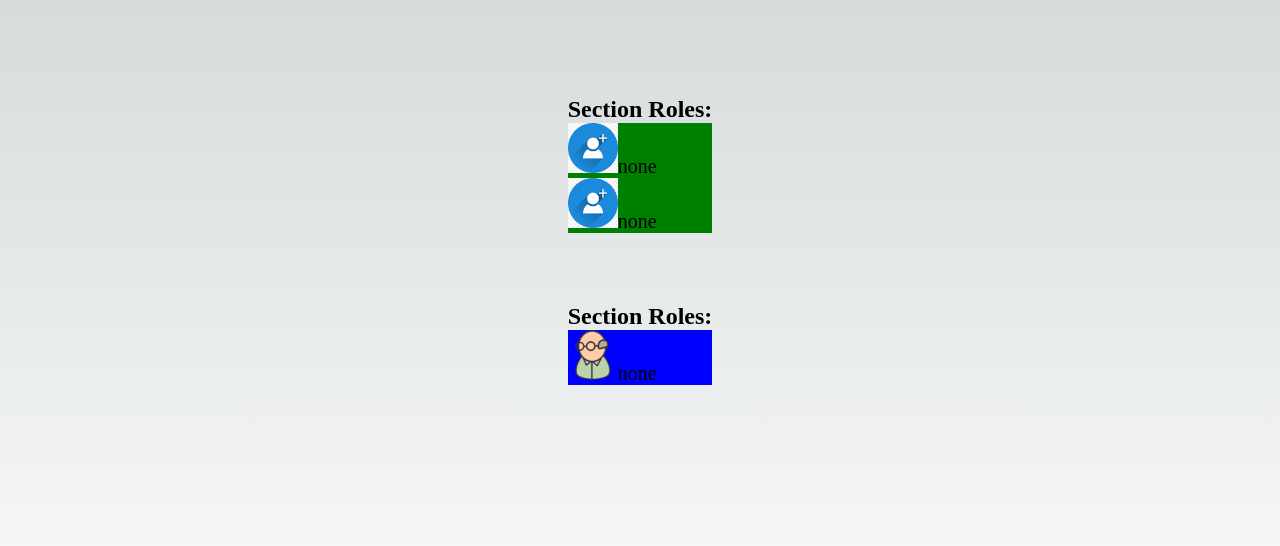
Repository: anikagrewal/week3example
Page: /about
These files come from the project's save history. The page is drawn as it stood at one moment and after the next save; the edit follows.
The browser window is 1280 px wide. The pictures show the whole page.
The project was rebuilt for these pictures with package versions that can differ from the ones it lists, and the page was loaded fresh each time. The framework's server and built-in components were replaced by stand-ins that run in the browser. Also part of the build but not shown: next.config.js.

Above is the page before, as saved 2023-01-19 13:19:43.

### pages/about.js
import Head from 'next/head'
import Image from 'next/image'
import { Inter } from '@next/font/google'
import styles from '@/styles/Home.module.css'
import data from '../data/workplace.json'
import { useState } from 'react'
import CardEmployee from '../components/Card'

const inter = Inter({ subsets: ['latin'] })

console.log(data);
export default function About() {

    const [information, setInformation] = useState([...data])

    return (
        <>
        <Head>
        <title>About Page</title>
        <meta name="description" content="Generated by create next app" />
        <meta name="viewport" content="width=device-width, initial-scale=1" />
        <link rel="icon" href="/favicon.ico" />
      </Head>
      <main className={styles.main}>
        <div className={styles.grid}>
        <div className={styles.gridlayout}>
        <div>
        <h2 className={styles.busdeg}>Section Roles: </h2>
        {information && information.map((info, index) => {
          if(info.section === "frontend developer") {
            return (
              <div key={index}>
                <CardEmployee role={info.role} colour="green" font="20px"/>
              </div>
            )
          }


        })}
        </div>

        <div>
        <h2 className={styles.busdeg}>Section Roles: </h2>
        {information && information.map((info, index) => {
          if(info.section === "graphic designer") {
            return (
              <div key={index}>
                <CardEmployee role={info.role} colour="blue" font="20px"/>
              </div>
            )
          }


})}
</div>

</div>
</div>
</main>
</>
    )
}

### styles/Home.module.css
.main {
  display: flex;
  flex-direction: column;
  justify-content: space-between;
  align-items: center;
  padding: 6rem;
  min-height: 100vh;
}

.description {
  display: inherit;
  justify-content: inherit;
  align-items: inherit;
  font-size: 0.85rem;
  max-width: var(--max-width);
  width: 100%;
  z-index: 2;
  font-family: var(--font-mono);
}

.description a {
  display: flex;
  justify-content: center;
  align-items: center;
  gap: 0.5rem;
}

.description p {
  position: relative;
  margin: 0;
  padding: 1rem;
  background-color: rgba(var(--callout-rgb), 0.5);
  border: 1px solid rgba(var(--callout-border-rgb), 0.3);
  border-radius: var(--border-radius);
}

.code {
  font-weight: 700;
  font-family: var(--font-mono);
}

.grid {
  display: grid;
  grid-template-columns: (4, minmax(25%, auto));
  width: var(--max-width);
  max-width: 100%;
  justify-content: center;
}

.gridlayout {
  display: flex;
  flex-direction: column;
 gap: 70px;
}

.card {
  padding: 1rem 1.2rem;
  border-radius: var(--border-radius);
  background: rgba(var(--card-rgb), 0);
  border: 1px solid rgba(var(--card-border-rgb), 0);
  transition: background 200ms, border 200ms;
}

.card span {
  display: inline-block;
  transition: transform 200ms;
}

.card h2 {
  font-weight: 600;
  margin-bottom: 0.7rem;
}

.card p {
  margin: 0;
  opacity: 0.6;
  font-size: 0.9rem;
  line-height: 1.5;
  max-width: 30ch;
}

.center {
  display: flex;
  justify-content: center;
  align-items: center;
  position: relative;
  padding: 4rem 0;
}

.center::before {
  background: var(--secondary-glow);
  border-radius: 50%;
  width: 480px;
  height: 360px;
  margin-left: -400px;
}

.center::after {
  background: var(--primary-glow);
  width: 240px;
  height: 180px;
  z-index: -1;
}

.center::before,
.center::after {
  content: '';
  left: 50%;
  position: absolute;
  filter: blur(45px);
  transform: translateZ(0);
}

.logo,
.thirteen {
  position: relative;
}

.thirteen {
  display: flex;
  justify-content: center;
  align-items: center;
  width: 75px;
  height: 75px;
  padding: 25px 10px;
  margin-left: 16px;
  transform: translateZ(0);
  border-radius: var(--border-radius);
  overflow: hidden;
  box-shadow: 0px 2px 8px -1px #0000001a;
}

.thirteen::before,
.thirteen::after {
  content: '';
  position: absolute;
  z-index: -1;
}

.busdeg {
  display: flex;
  justify-content: center;
}

.compdeg {
  display: flex;
  justify-content: center;
}

.button {
  width: 150px;
  height: 50px;
  border-radius: 5px;
  font-size: 20px;
}


/* Conic Gradient Animation */
.thirteen::before {
  animation: 6s rotate linear infinite;
  width: 200%;
  height: 200%;
  background: var(--tile-border);
}

/* Inner Square */
.thirteen::after {
  inset: 0;
  padding: 1px;
  border-radius: var(--border-radius);
  background: linear-gradient(
    to bottom right,
    rgba(var(--tile-start-rgb), 1),
    rgba(var(--tile-end-rgb), 1)
  );
  background-clip: content-box;
}

/* Enable hover only on non-touch devices */
@media (hover: hover) and (pointer: fine) {
  .card:hover {
    background: rgba(var(--card-rgb), 0.1);
    border: 1px solid rgba(var(--card-border-rgb), 0.15);
  }

  .card:hover span {
    transform: translateX(4px);
  }
}

@media (prefers-reduced-motion) {
  .thirteen::before {
    animation: none;
  }

  .card:hover span {
    transform: none;
  }
}

/* Mobile */
@media (max-width: 700px) {
  .content {
    padding: 4rem;
  }

  .grid {
    grid-template-columns: 1fr;
    margin-bottom: 120px;
    max-width: 320px;
    text-align: center;
  }

  .card {
    padding: 1rem 2.5rem;
  }

  .card h2 {
    margin-bottom: 0.5rem;
  }

  .center {
    padding: 8rem 0 6rem;
  }

  .center::before {
    transform: none;
    height: 300px;
  }

  .description {
    font-size: 0.8rem;
  }

  .description a {
    padding: 1rem;
  }

  .description p,
  .description div {
    display: flex;
    justify-content: center;
    position: fixed;
    width: 100%;
  }

  .description p {
    align-items: center;
    inset: 0 0 auto;
    padding: 2rem 1rem 1.4rem;
    border-radius: 0;
    border: none;
    border-bottom: 1px solid rgba(var(--callout-border-rgb), 0.25);
    background: linear-gradient(
      to bottom,
      rgba(var(--background-start-rgb), 1),
      rgba(var(--callout-rgb), 0.5)
    );
    background-clip: padding-box;
    backdrop-filter: blur(24px);
  }

  .description div {
    align-items: flex-end;
    pointer-events: none;
    inset: auto 0 0;
    padding: 2rem;
    height: 200px;
    background: linear-gradient(
      to bottom,
      transparent 0%,
      rgb(var(--background-end-rgb)) 40%
    );
    z-index: 1;
  }
}

/* Tablet and Smaller Desktop */
@media (min-width: 701px) and (max-width: 1120px) {
  .grid {
    grid-template-columns: repeat(2, 50%);
  }
}

@media (prefers-color-scheme: dark) {
  .vercelLogo {
    filter: invert(1);
  }

  .logo,
  .thirteen img {
    filter: invert(1) drop-shadow(0 0 0.3rem #ffffff70);
  }
}

@keyframes rotate {
  from {
    transform: rotate(360deg);
  }
  to {
    transform: rotate(0deg);
  }
}

### data/workplace.json
[
    {
    "employeeNumber": "E2345",
    "firstName": "Joe",
    "role": "HTML",
    "position": "Junior",
    "section": "frontend developer",
    "startDate": 2021
},
{
    "employeeNumber": "E6789",
    "firstName": "Alice",
    "role": "Next.js",
    "position": "Junior",
    "section": "frontend developer",
    "startDate": 2020
},
{
    "employeeNumber": "E1011",
    "firstName": "Jane",
    "role": "Photoshop",
    "position": "Junior",
    "section": "graphic designer",
    "startDate": 2022
}
]

### components/Card/index.js
export default function Card({
    degree = "none",
    colour = "purple",
    font = "0",
    image = "icon/personTwo.png"
}) {
    return(
        <div style={{backgroundColor: colour, fontSize:font}}>
            {
                colour === "red" ? <img src={'icon/person.png'} width="50"/> :
                colour === "blue" ? <img src={'icon/personThree.png'} width="50"/>:
                                     <img src={image} width="50"/>
            }
            {degree}
        </div>
    )
}

### components/CardEmployee/index.js
export default function CardEmployee({
    role = "none",
    colour = "purple",
    font = "0",
    image = "icon/personTwo.png"
}) {
    return(
        <div style={{backgroundColor: colour, fontSize:font}}>
            {
                colour === "green" ? <img src={'icon/person.png'} width="50"/> :
                colour === "blue" ? <img src={'icon/personThree.png'} width="50"/>:
                                     <img src={image} width="50"/>
            }
            {role}
        </div>
    )
}

Loaded but not shown: pages/_app.js (common file); pages/_document.js (common file); styles/globals.css (common file)

After the next save:
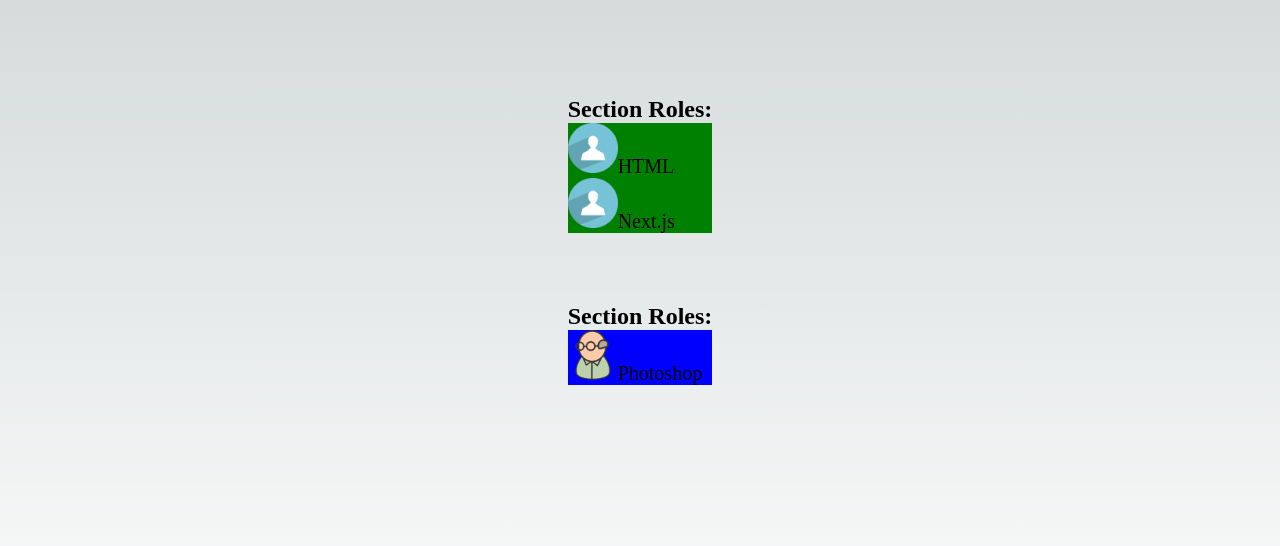
Saved 27 s later.
--- a/pages/about.js
+++ b/pages/about.js
@@ -4,7 +4,7 @@
 import styles from '@/styles/Home.module.css'
 import data from '../data/workplace.json'
 import { useState } from 'react'
-import CardEmployee from '../components/Card'
+import CardEmployee from '../components/CardEmployee'
 
 const inter = Inter({ subsets: ['latin'] })
 
